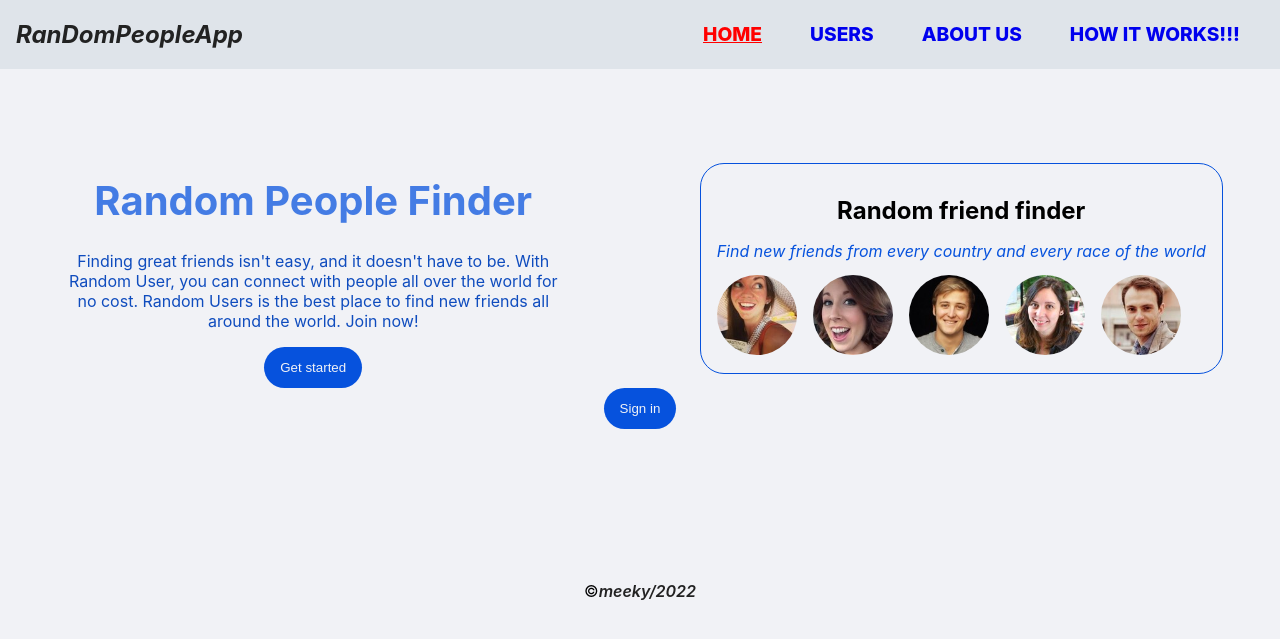
Repository: MikkyPrestige/RandomProfiles
Page: /
These files come from the project's save history. The page is drawn as it stood at one moment and after the next save; the edit follows.
The browser window is 1280 px wide. The pictures show the whole page.
The page's requests for data from a server got no answer. The project was rebuilt for these pictures with package versions that can differ from the ones it lists, and the page was loaded fresh each time. Some packages were replaced by stand-ins written for this rebuild. No one was signed in, and anything a server would have sent is missing. Also part of the build but not shown: src/components/users.jsx, src/assets/styles/search.css, src/components/search.jsx, src/assets/styles/help.css, src/components/help.jsx, src/assets/styles/about.css, src/components/about.jsx, src/assets/styles/error.css and 2 more.

Above is the page before, as saved 2022-11-28 04:50:20.

### public/index.html
<!DOCTYPE html>
<html lang="en">

<head>
  <meta charset="utf-8" />
  <link rel="icon" href="%PUBLIC_URL%/favicon.ico" />
  <meta name="viewport" content="width=device-width, initial-scale=1" />
  <meta name="theme-color" content="#000000" />
  <meta name="description" content="Web site created using create-react-app" />
  <link rel="apple-touch-icon" href="%PUBLIC_URL%/logo192.png" />
  <!--
      manifest.json provides metadata used when your web app is installed on a
      user's mobile device or desktop. See https://developers.google.com/web/fundamentals/web-app-manifest/
    -->
  <link rel="manifest" href="%PUBLIC_URL%/manifest.json" />
  <!--
      Notice the use of %PUBLIC_URL% in the tags above.
      It will be replaced with the URL of the `public` folder during the build.
      Only files inside the `public` folder can be referenced from the HTML.

      Unlike "/favicon.ico" or "favicon.ico", "%PUBLIC_URL%/favicon.ico" will
      work correctly both with client-side routing and a non-root public URL.
      Learn how to configure a non-root public URL by running `npm run build`.
    -->
  <title>AltSchool Assignment 2</title>
</head>

<body>
  <noscript>You need to enable JavaScript to run this app.</noscript>
  <div id="root"></div>
  <!--
      This HTML file is a template.
      If you open it directly in the browser, you will see an empty page.

      You can add webfonts, meta tags, or analytics to this file.
      The build step will place the bundled scripts into the <body> tag.

      To begin the development, run `npm start` or `yarn start`.
      To create a production bundle, use `npm run build` or `yarn build`.
    -->
</body>

</html>

### src/index.css
body {
  margin: 0;
  font-family: -apple-system, BlinkMacSystemFont, 'Segoe UI', 'Roboto', 'Oxygen',
    'Ubuntu', 'Cantarell', 'Fira Sans', 'Droid Sans', 'Helvetica Neue',
    sans-serif;
  -webkit-font-smoothing: antialiased;
  -moz-osx-font-smoothing: grayscale;
  background-color: #f1f2f6;
}

code {
  font-family: source-code-pro, Menlo, Monaco, Consolas, 'Courier New',
    monospace;
}

### src/App.jsx
import * as React from "react";
import { ErrorBoundary } from "react-error-boundary";
import { Route, Routes } from "react-router-dom";
import { Layout, Home, Users, Search, Help, About, Error, ErrorFallBack, Footer } from "./components";


const App = () => {

   return (
      <div className="App">
         <main>
            <ErrorBoundary FallbackComponent={ErrorFallBack}>
               <Layout />
               <Routes>
                  <Route path="/" element={<Home />} />
                  <Route path="users">
                     <Route index element={<Users />} />
                     <Route path=":id" element={<Search />} />
                  </Route>
                  <Route path="help" element={<Help />} />
                  <Route path="about" element={<About />} />
                  <Route path="*" element={<Error />} />
               </Routes>
            </ErrorBoundary>
            <Footer />
         </main>
      </div>
   );
}

export default App;

### src/components/index.js
export { default as Layout } from "./layout";
export { default as Home } from "./home";
export { default as Users } from "./users";
export { default as Search } from "./search";
export { default as Help } from "./help"
export { default as About } from "./about";
export { default as Error } from "./error";
export { default as ErrorFallBack } from "./errorFallback";
export {  Footer } from "./avatar";

### src/components/layout.jsx
// LAYOUT COMPONENT - This component is for the App Layout that displays the Navigation bar in the app UI to the user when app is open

import { NavLink } from "react-router-dom";
import "../assets/styles/layout.css";

const CustomNavLink = ({ to, ...props }) => {
  let activeStyle = {
    textDecoration: 'underline',
    color: 'red',
  };

  return (
    <NavLink
      style={({ isActive }) =>
        isActive ? activeStyle : { textDecoration: 'none' }
      }
      to={to}
      end
      {...props}
    />
  );
};


const Layout = () => {

  return (
    <nav className="layout">
      <div className="app-header">
        <h1>RanDomPeopleApp</h1>
      </div>
      <div className="nav__items">
        <CustomNavLink to="/" className="nav__item">Home</CustomNavLink>
        <CustomNavLink to="users" className="nav__item">Users</CustomNavLink>
        <CustomNavLink to="about" className="nav__item">About us</CustomNavLink>
        <CustomNavLink to="help" className="nav__item">How it works!!!</CustomNavLink>
      </div>
    </nav>
  );
}

export default Layout;

### src/components/home.jsx
// HOME COMPONENT - This component is the Home section of the app that displays app Home page on load and when the 'HOME' button in the header is clicked

import { useNavigate } from "react-router-dom";
import "../assets/styles/home.css";
import { Avatar } from "./avatar";
import FirstFemale from "../assets/img/female-1.jpg";
import SecondFemale from "../assets/img/female-2.jpg";
import ThirdFemale from "../assets/img/female-3.jpg";
import FirstMale from "../assets/img/male-1.jpg";
import SecondMale from "../assets/img/male-2.jpg";
import { signInWithRedirect, auth, provider, getRedirectResult, onAuthStateChanged } from "../config";
import { useEffect, useState } from "react";

const Home = () => {
  const [signedIn, setSignedIn] = useState(false);
  const [user, setUser] = useState(null);

  const navigate = useNavigate();
  const getStarted = () => {
    navigate("/users"); // Redirect the user to the users component when the get started button is clicked
  };

  // handle sign In
  const signIn = (e) => {
    e.preventDefault();
    signInWithRedirect(auth, provider);
  };

  // Get redirect result
  useEffect(() => {
    getRedirectResult(auth)
      .then((result) => {
        if (result) {
          setSignedIn(true);
          // navigate("/users");
        } else {
          // console.log("No user");
        }
      })
      .catch((error) => {
        console.log(error);
      });
  }, []);

  // Check auth state
  useEffect(() => {
    onAuthStateChanged(auth, (user) => {
      if (user) {
        console.log(user);
        const { displayName, email, emailVerified, phoneNumber, photoURL } = user;
        setUser({ displayName, email, emailVerified, phoneNumber, photoURL });
        // navigate("/users");
      } else {
        setUser(null);
      }
    });
  }, []);

  return (
    <div className="home">
      <div className="home__container">
        <div className="desc">
          <h1 className="desc__heading">Random people finder</h1>
          <p className="desc__paragraph">Finding great friends isn't easy, and it doesn't have to be. With Random User, you can connect with people all over the world for no cost. Random Users is the best place to find new friends all around the world. Join now!</p>
          <button onClick={getStarted} className="desc__cta">Get started</button>
        </div>
        <div className="home__wrapper">
          <h2 className="home__heading">Random friend finder</h2>
          <p className="home__text">Find new friends from every country and every race of the world</p>
          <div className="home__img">
            <Avatar image={FirstFemale} alt="Female One" />
            <Avatar image={SecondFemale} alt="Female Two" />
            <Avatar image={FirstMale} alt="Male One" />
            <Avatar image={ThirdFemale} alt="Female Three" />
            <Avatar image={SecondMale} alt="Male Two" />
          </div>
        </div>
      </div>
      {/* // sign in button */}
      <div className="signIn-msg">
        <p style={signedIn ? {} : { display: "none" }}>Sign in successful</p>
        </div>
      <div className="home__signIn">
          <button onClick={signIn} className="desc__cta">Sign in</button>
          </div>
    </div>
  );
};

export default Home;

### src/components/avatar.jsx
// AVATAR COMPONENT - This component is for the Images used in the app.

import "../assets/styles/layout.css";

export const Avatar = ({ image = "", alt = "", style = { width: '5rem', height: '5rem', borderRadius: '50%' } }) => {
  return (
    <div className="avatar">
      <img src={image} alt={alt} style={style} />
    </div>
  );
}


// FOOTER COMPONENT - for the attribution

export const Footer = () => {
  return (
    <div className="attribution">
      <footer>&copy;<a href="https://github.com/MeekyBerry" target="_blank" rel="noreferrer" className="footer">meeky/2022</a></footer>
    </div>
  )
}

### src/assets/styles/layout.css
.layout {
  background-color: #dfe4ea;
  padding: 0rem 1rem;
  color: #222;
  display: flex;
  align-items: center;
  justify-content: space-between;
}

.app-header {
  font-style: italic;
}

.nav__items {
  display: flex;
  align-items: center;
  list-style: none;
  flex-wrap: wrap;
}

.nav__item {
  font-size: 1.2rem;
  font-weight: 800;
  padding: 1rem 1.5rem;
  text-transform: uppercase;
}

.attribution {
  text-align: center;
}

.footer {
  color: #222;
  text-decoration: none;
  cursor: pointer;
  font-style: italic;
  font-weight: 600;
}

### src/assets/styles/home.css
.home {
  height: 60vh;
  width: 100%;
  margin-top: 5rem;
  text-align: center;
}

.home__container {
  display: flex;
  justify-content: space-around;
  align-items: center;
  gap: 1rem;
}

.desc {
  width: 40%;
}

.desc__heading {
  font-size: 2.5rem;
  color: #0651ddbb;
  text-transform: capitalize;
}

.desc__paragraph {
  font-size: 1rem;
  color: #0f4cbe;
}

.desc__cta {
  background-color: #0652dd;
  color: #f1f2f6;
  padding: 0.8rem 1rem;
  border: none;
  border-radius: 1.5rem;
}

.desc__cta:hover {
  background-color: #0f4cbe;
}

.home__wrapper {
  border: 1px solid #0652dd;
  border-radius: 1.5rem;
  line-height: 1;
  padding: 1rem;
  height: min-content;
}

.home__text {
  font-style: italic;
  color: #0652dd;
}

.home__img {
  display: flex;
  align-items: center;
  gap: 1rem;
}

### src/config/index.js
// Import the functions you need from the SDKs you need
import { initializeApp } from "firebase/app";
import { getAuth, signInWithRedirect, GoogleAuthProvider, getRedirectResult, onAuthStateChanged } from "firebase/auth";
// TODO: Add SDKs for Firebase products that you want to use
// https://firebase.google.com/docs/web/setup#available-libraries

// Your web app's Firebase configuration
const firebaseConfig = {
  apiKey: "AIzaSyCfrfw6chi091bWLqJvanxAUTxgJ5XqEu0",
  authDomain: "random-people-app.firebaseapp.com",
  projectId: "random-people-app",
  storageBucket: "random-people-app.appspot.com",
  messagingSenderId: "1097586453252",
  appId: "1:1097586453252:web:4575afe7663a752ae77e51"
};

// Initialize Firebase
const app = initializeApp(firebaseConfig);

// Setup Google auth provider
const provider = new GoogleAuthProvider();

const auth = getAuth();


export { app, provider, auth, signInWithRedirect, getRedirectResult, onAuthStateChanged };

### src/assets/styles/users.css
.users {
  background-color: #fff;
  border: 1px solid #ccc;
  border-radius: 0.5rem;
  padding: 1rem;
  margin: 1rem;
}

.users__heading {
  text-align: center;
  text-transform: uppercase;
  font-size: 1.5rem;
  font-weight: bold;
  margin-bottom: 1rem;
}

/* TOP BUTTON  */
.top__btn {
  display: flex;
  justify-content: space-between;
  align-items: center;
  margin-bottom: 1rem;
}

.cta {
  background-color: #fff;
  border: 1px solid #ccc;
  border-radius: 1rem;
  padding: 0.5rem;
  margin: 1rem;
  font-size: 1rem;
  font-weight: bold;
  cursor: pointer;
}

.page__num {
  background-color: #7fffd4;
  color: #fff;
  border: none;
  border-radius: 50%;
  padding: 0.5rem;
  font-size: 1.5rem;
  font-weight: bold;
  cursor: pointer;
}

.users__list {
  list-style: none;
  padding: 2rem;
  margin: 1rem auto;
  width: 85%;
  display: grid;
  grid-template-columns: repeat(3, minmax(200px, 1fr));
  grid-gap: 3rem;
}

.user__items {
  padding: 1rem;
  border-bottom: 1px solid #ccc;
}

.user__item {
  background-color: #fff;
  border: 1px solid #ccc;
  border-radius: 0.5rem;
  padding: 1rem;
}

.user__img {
  width: 80%;
  border-radius: 10%;
  margin-left: 1rem;
}

/* BUTTON BELOW */
.bottom__btn {
  display: flex;
  justify-content: center;
  align-items: center;
}

.btn {
  background-color: #1e90ff;
  color: #f1f2f6;
  border: none;
  border-radius: 1rem;
  padding: 0.5rem 1rem;
  margin: 1rem;
  font-size: 1rem;
  font-weight: bold;
  cursor: pointer;
}

.active:hover {
  background-color: #ced6e0;
  color: #1e90ff;
}

.active:active {
  background-color: #70a1ff;
  color: #ced6e0;
}

.btn__array {
  padding: 0.5rem;
  margin: 0.5rem;
  font-size: 1rem;
  font-weight: bold;
  border-radius: 0.5rem;
  border: none;
  cursor: pointer;
}

.pagination {
  text-align: center;
}

.search__box {
  display: flex;
  justify-content: center;
  align-items: center;
}

.search__link {
  background-color: #fff;
  border: 1px solid #ccc;
  color: #1e90ff;
  border-radius: 1rem;
  width: 18rem;
  padding: 0.5rem;
  margin: 1rem;
  font-size: 1rem;
  font-weight: bold;
  cursor: pointer;
  text-align: center;
  text-decoration: none;
  animation: search 1s ease-in-out infinite;
}

.search__link:hover {
  background-color: #1e90ff;
  color: #fff;
  animation: none;
}

.search__link:active {
  background-color: #70a1ff;
  color: #fff;
  animation: none;
}

@keyframes search {
  0% {
    transform: scale(1);
  }
  50% {
    transform: scale(1.2);
  }
  100% {
    transform: scale(1);
  }
}

Loaded but not shown: src/index.js (common file)

After the next save:
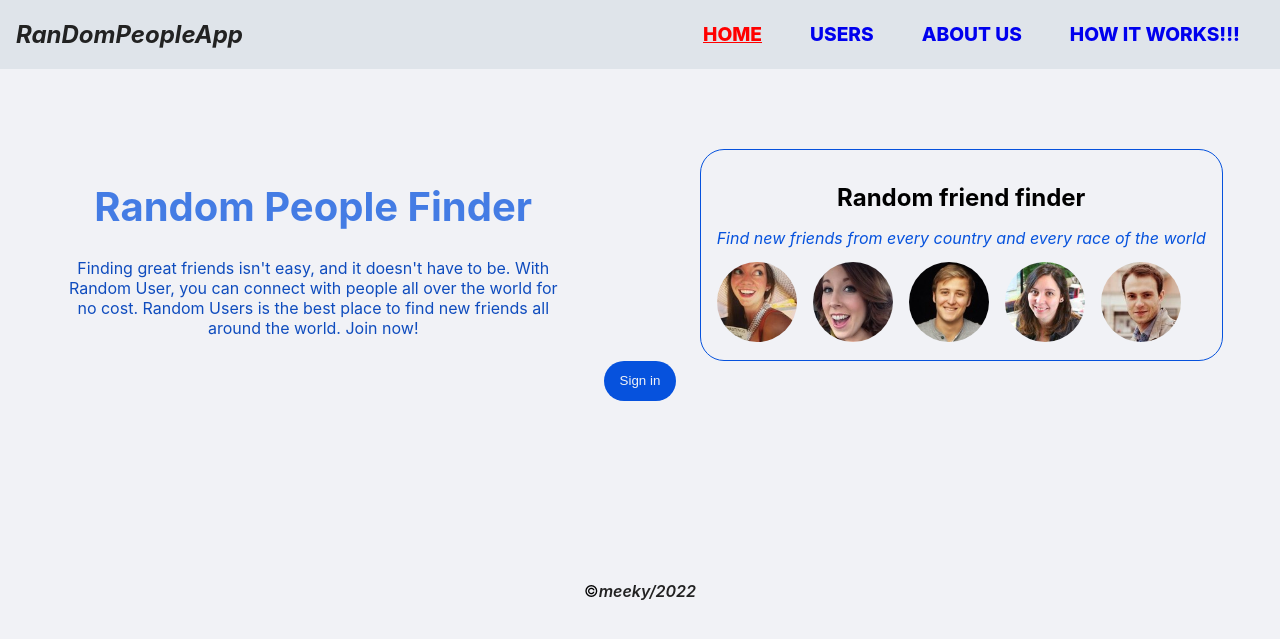
Saved 3 min 49 s later.
--- a/src/components/home.jsx
+++ b/src/components/home.jsx
@@ -62,7 +62,7 @@ const Home = () => {
         <div className="desc">
           <h1 className="desc__heading">Random people finder</h1>
           <p className="desc__paragraph">Finding great friends isn't easy, and it doesn't have to be. With Random User, you can connect with people all over the world for no cost. Random Users is the best place to find new friends all around the world. Join now!</p>
-          <button onClick={getStarted} className="desc__cta">Get started</button>
+          {/* <button onClick={getStarted} className="desc__cta">Get started</button> */}
         </div>
         <div className="home__wrapper">
           <h2 className="home__heading">Random friend finder</h2>
